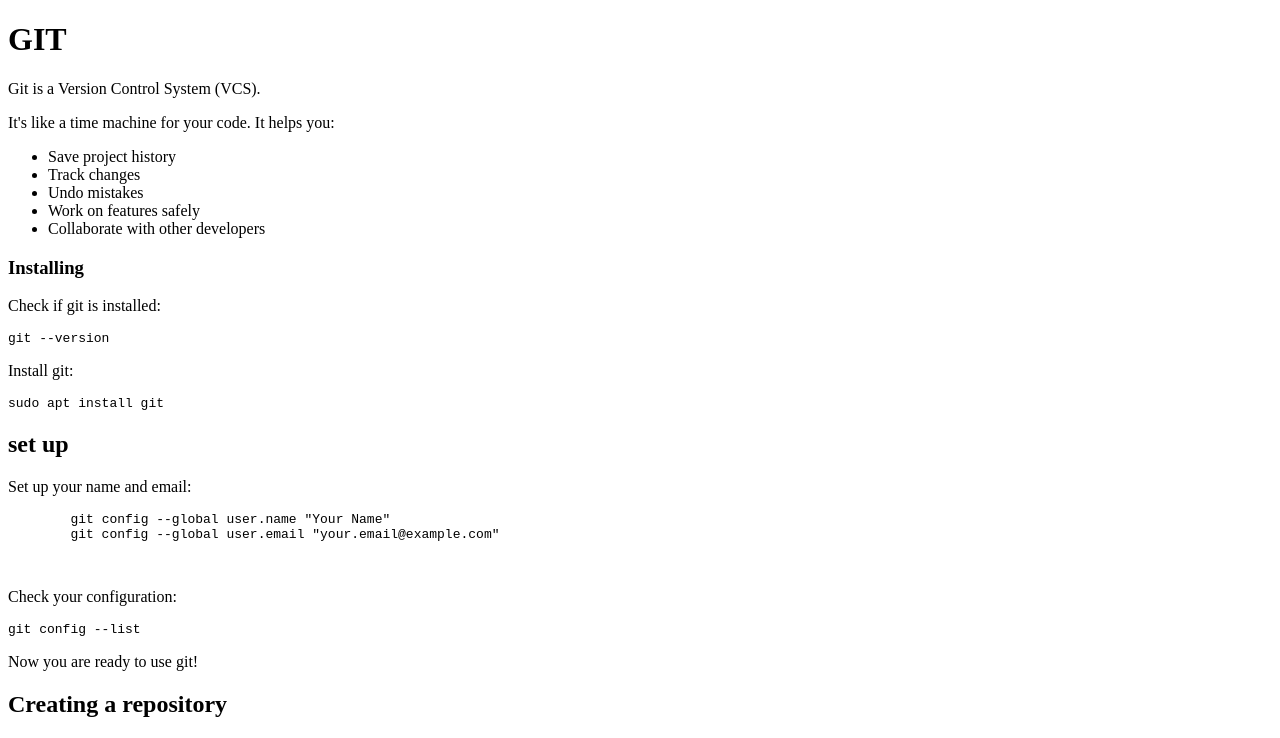
Repository: brownsonjoy1811/GitandGithub
Page: git.html
An editor plug-in stored every save of this project. The page is shown before and after a run of saves, followed by the edit.
The browser window is 1280 px wide. The pictures show the whole page.

Above is the page before, as saved 2026-06-16 12:22:59.

### git.html
<!DOCTYPE html>
<html lang="en">
<head>
    <meta charset="UTF-8">
    <meta name="viewport" content="width=device-width, initial-scale=1.0">
    <title>Document</title>
</head>
<body>
    <h1>GIT</h1>
    <p>Git is a Version Control System (VCS).</p>
    <p>It's like a time machine for your code.  It helps you:</p>
    <ul>
        <li>Save project history</li>
        <li>Track changes</li>
        <li>Undo mistakes</li>
        <li>Work on features safely</li>
        <li>Collaborate with other developers</li>
    </ul>

    <h3>Installing</h3>
    <p>Check if git is installed:</p>
    <pre><code>git --version</code></pre>
    <p>Install git:</p>
    <pre><code>sudo apt install git</code></pre>


    <h2>set up</h2>
    <p>Set up your name and email:</p>
    <pre>
        <code>git config --global user.name "Your Name"
        git config --global user.email "your.email@example.com"
        </code>
    </pre>

    <p>Check your configuration:</p>
    <pre><code>git config --list</code></pre>

    <p>Now you are ready to use git!</p>

    <h2>Creating a repository</h2>

</body>
</html>

After the next 2 saves:
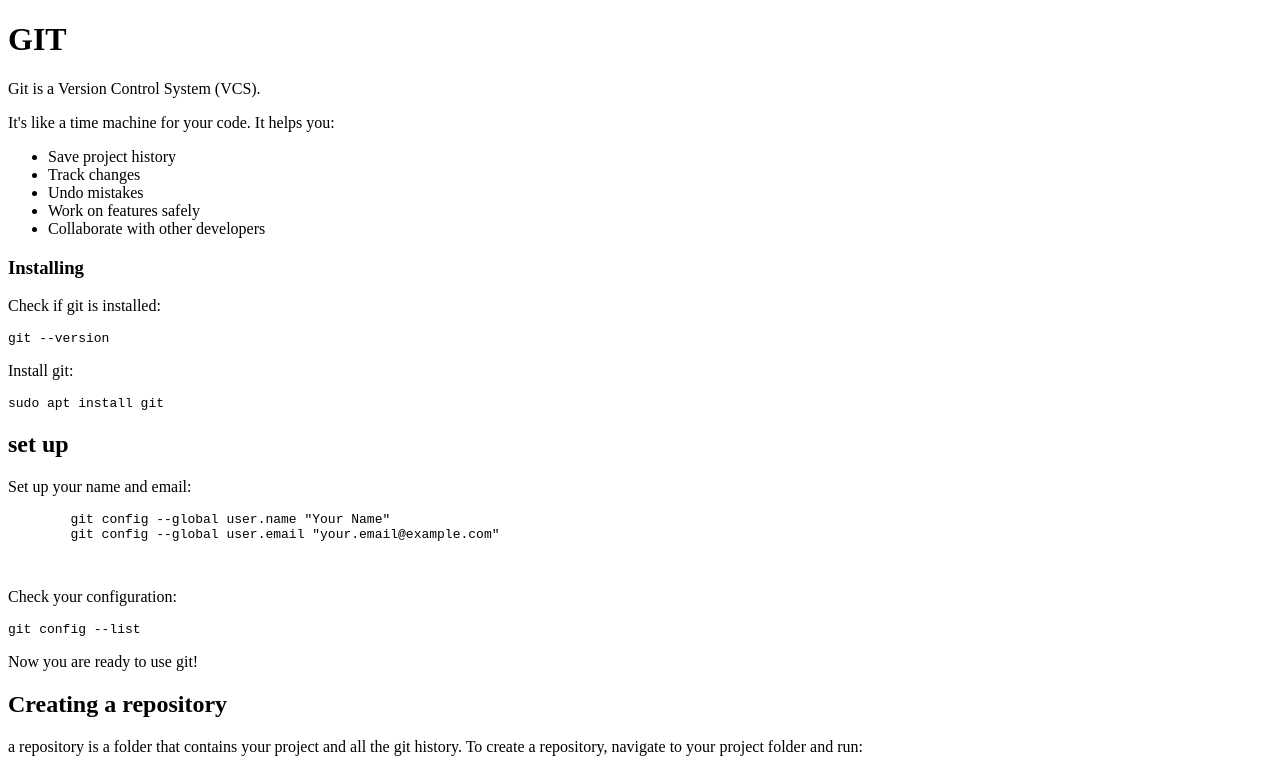
The 2 saves are shown as one change because they came seconds apart.
The last was saved 7 s later.
--- a/git.html
+++ b/git.html
@@ -38,6 +38,6 @@
     <p>Now you are ready to use git!</p>
 
     <h2>Creating a repository</h2>
-
+    a repository is a folder that contains your project and all the git history. To create a repository, navigate to your project folder and run:
 </body>
 </html>
